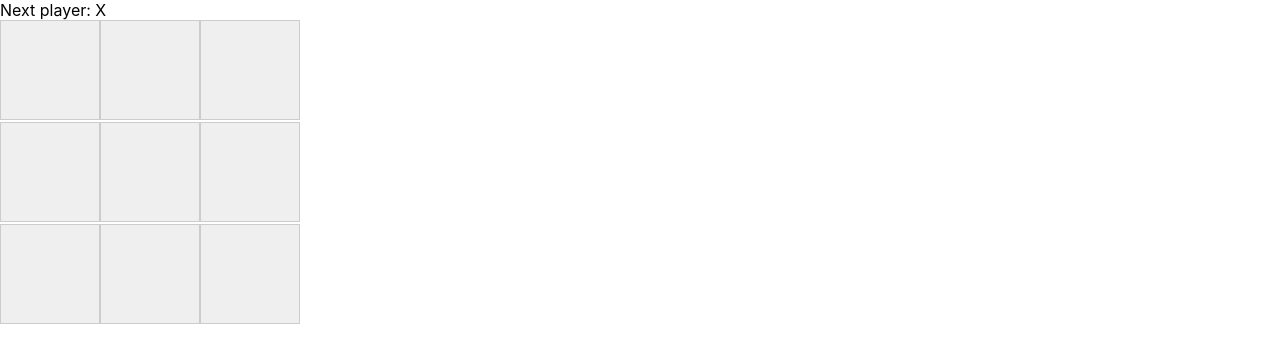
Repository: sedat-akdogan/React_Revision
Page: / (app in tic-tac-toe/)
The author's editor kept a copy of each file at every save. The page is drawn from the files as they stood at one save, then again after a run of saves.
The browser window is 1280 px wide. The pictures show the whole page.
The project was rebuilt for these pictures with package versions that can differ from the ones it lists, and the page was loaded fresh each time.

Above is the page before, as saved 2023-05-13 00:34:11.

### tic-tac-toe/src/index.css
body {
    margin: 0;
    font-family: -apple-system, BlinkMacSystemFont, 'Segoe UI', 'Roboto', 'Oxygen',
        'Ubuntu', 'Cantarell', 'Fira Sans', 'Droid Sans', 'Helvetica Neue',
        sans-serif;
    -webkit-font-smoothing: antialiased;
    -moz-osx-font-smoothing: grayscale;
}

code {
    font-family: source-code-pro, Menlo, Monaco, Consolas, 'Courier New',
        monospace;
}

.square {
    width: 100px;
    height: 100px;
    font-size: 24px;
    border: 1px solid #ccc;
    display: inline-block;
    justify-content: center;
    align-items: center;
}

### tic-tac-toe/src/App.js
import { useState } from 'react';


function Square({ value, onSquareClick }) {
    return (
        <button className="square" onClick={onSquareClick}>
            {value}
        </button>
    );
}

export default function Board() {
    const [xIsNext, setXIsNext] = useState(true);
    const [squares, setSquares] = useState(Array(9).fill(null));

    function handleClick(i) {
        if (squares[i] || calculateWinner(squares)) {
            return;
        }
        const nextSquares = squares.slice();
        if (xIsNext) {
            nextSquares[i] = 'X';
        } else {
            nextSquares[i] = 'O';
        }
        setSquares(nextSquares);
        setXIsNext(!xIsNext);
    }

    const winner = calculateWinner(squares);
    let status;
    if (winner) {
        status = "Winner: " + winner;
    } else {
        status = "Next player: " + (xIsNext ? "X" : "O");
    }

    return (
        <>
            <div className="status">{status}</div>
            <div className="board-row">
                <Square value={squares[0]} onSquareClick={() => handleClick(0)} />
                <Square value={squares[1]} onSquareClick={() => handleClick(1)} />
                <Square value={squares[2]} onSquareClick={() => handleClick(2)} />
            </div>
            <div className="board-row">
                <Square value={squares[3]} onSquareClick={() => handleClick(3)} />
                <Square value={squares[4]} onSquareClick={() => handleClick(4)} />
                <Square value={squares[5]} onSquareClick={() => handleClick(5)} />
            </div>
            <div className="board-row">
                <Square value={squares[6]} onSquareClick={() => handleClick(6)} />
                <Square value={squares[7]} onSquareClick={() => handleClick(7)} />
                <Square value={squares[8]} onSquareClick={() => handleClick(8)} />
            </div>
        </>
    );
}

function calculateWinner(squares) {
    const lines = [
        [0, 1, 2],
        [3, 4, 5],
        [6, 7, 8],
        [0, 3, 6],
        [1, 4, 7],
        [2, 5, 8],
        [0, 4, 8],
        [2, 4, 6]
    ];
    for (let i = 0; i < lines.length; i++) {
        const [a, b, c] = lines[i];
        if (squares[a] && squares[a] === squares[b] && squares[a] === squares[c]) {
            return squares[a];
        }
    }
    return null;
}

Loaded but not shown: tic-tac-toe/public/index.html (common file); tic-tac-toe/src/index.js (common file); tic-tac-toe/src/reportWebVitals.js (common file)

After the next 2 saves:
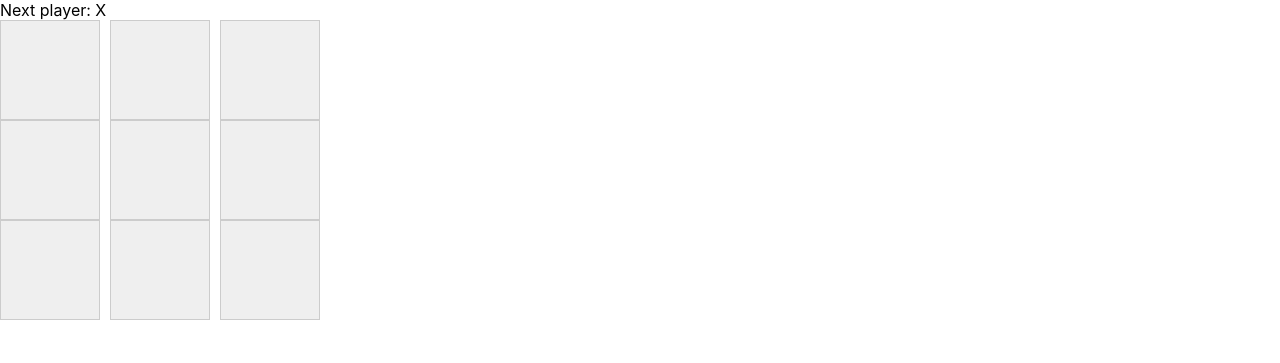
The 2 saves are shown as one change because they came seconds apart.
The last was saved 97 s later.
--- a/tic-tac-toe/src/index.css
+++ b/tic-tac-toe/src/index.css
@@ -21,3 +21,15 @@ code {
     justify-content: center;
     align-items: center;
 }
+
+.board-row {
+    display: flex;
+  }
+
+  .board-row .square {
+    margin-right: 10px;
+  }
+
+  .board-row:last-child .square {
+    margin-bottom: 0;
+  }
